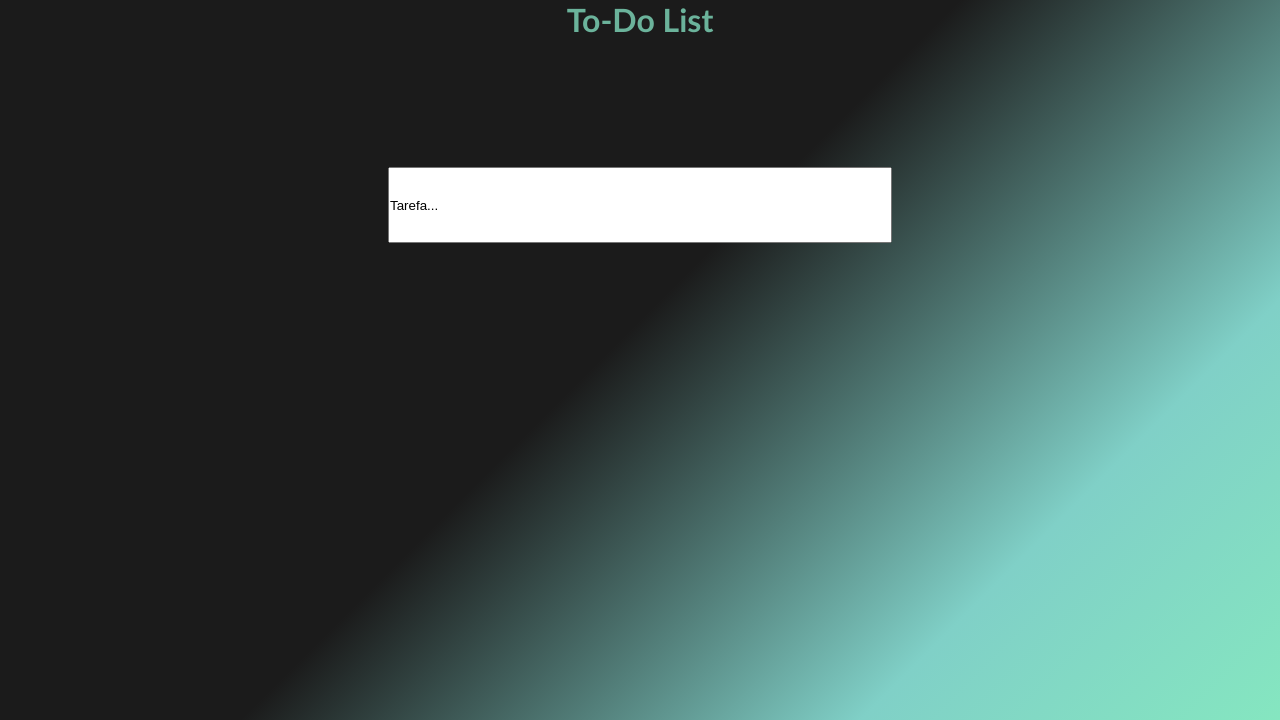
Repository: PetersonAntonyDev/python-flask-
Page: index.html
An editor plug-in stored every save of this project. The page is shown before and after the next save, followed by the edit.
The browser window is 1280 px wide. The pictures show the whole page.

Above is the page before, as saved 2022-07-26 10:14:07.

After the next save:
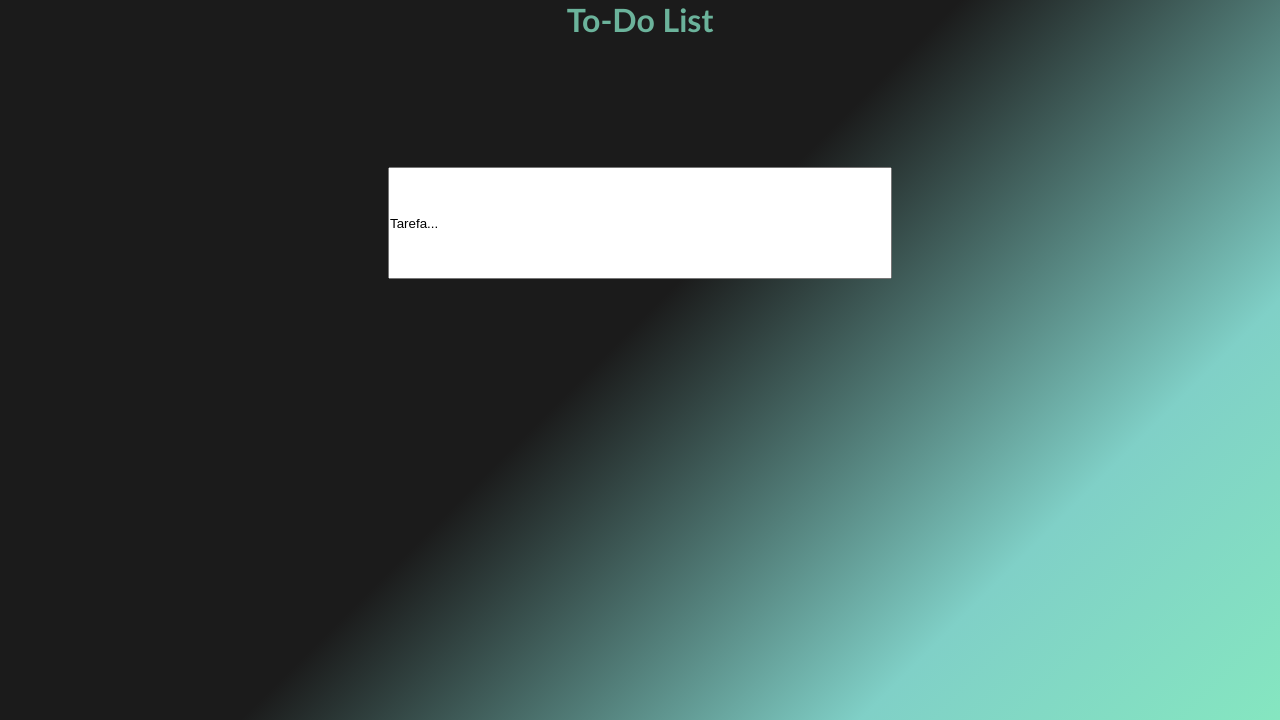
Saved 6 s later.
--- a/style.css
+++ b/style.css
@@ -22,6 +22,6 @@ header {
 }
 
 .task {
-    height: 10vh;
+    height: 15vh;
     width: 500px;
 }
